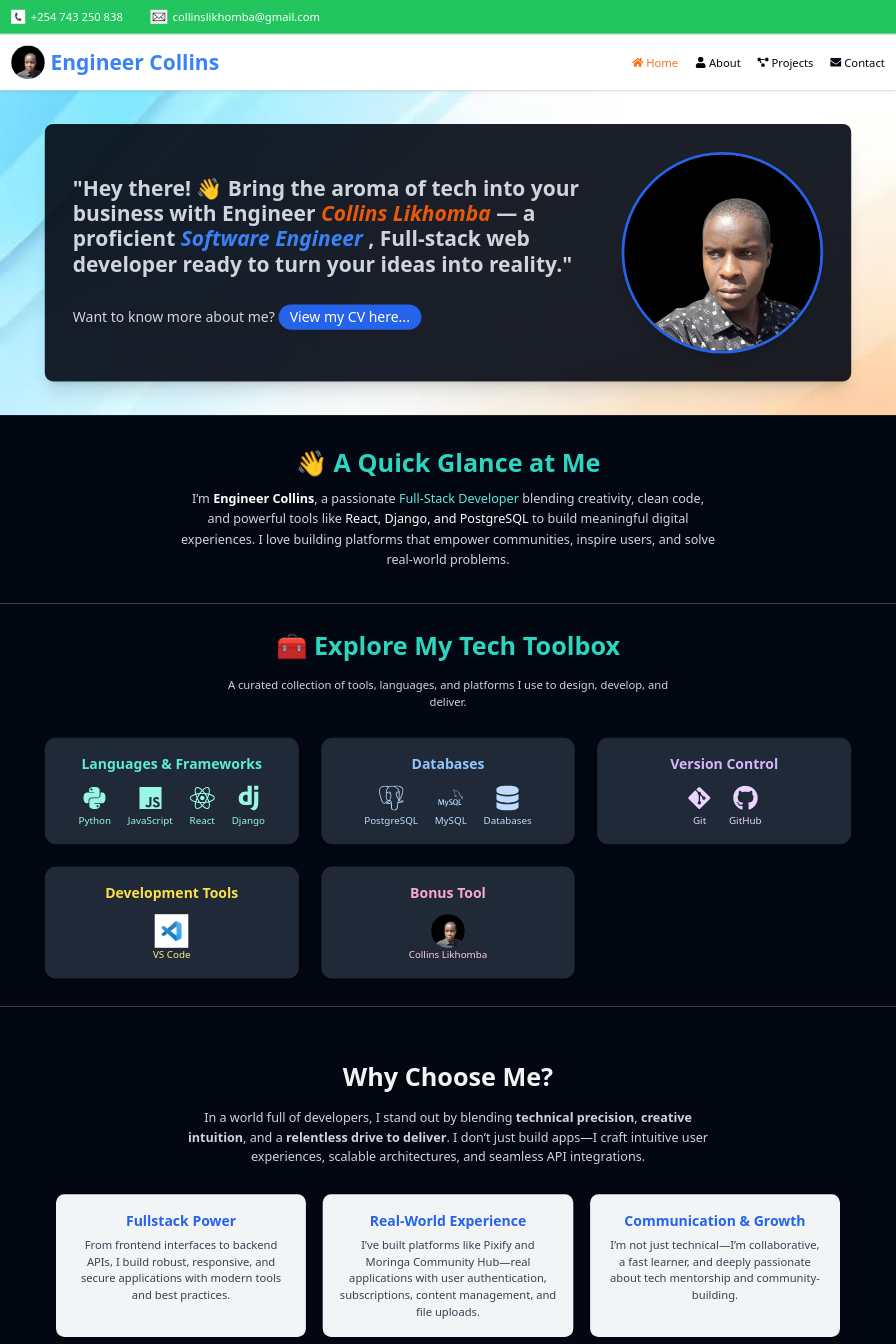
Repository: Engineer-collo/Portfolio
Page: /
The author's editor kept a copy of each file at every save. The page is drawn from the files as they stood at one save, then again after a run of saves.
The browser window is 1280 px wide. The pictures show the part of the page from y = 0 to 1920 px (the page is 2586 px tall), at 70% of full size.
The project was rebuilt for these pictures with package versions that can differ from the ones it lists, and the page was loaded fresh each time. Also part of the build but not shown: vite.config.js, src/pages/About.jsx, src/pages/Projects.jsx, src/pages/Contact.jsx, src/pages/Blog.jsx, src/pages/Skills.jsx.

Above is the page before, as saved 2025-06-10 20:07:56.

### index.html
<!DOCTYPE html>
<html lang="en">
<head>
  <meta charset="UTF-8">
  <meta name="viewport" content="width=device-width, initial-scale=1.0">
  <title>Portfolio</title>
</head>
<body class="bg-gray-100">
  <div id="root"></div>
  <script type="module" src="/src/main.jsx"></script>
</body>
</html>

### src/main.jsx
import React from 'react'
import ReactDOM from 'react-dom/client'
import './index.css'
import App from './App'

ReactDOM.createRoot(document.getElementById('root')).render(
  <React.StrictMode>
    <App />
  </React.StrictMode>,
)

### src/App.jsx
import { BrowserRouter as Router, Route, Routes } from "react-router-dom";
import HomePage from "./pages/HomePage";
import About from "./pages/About";
import Project from "./pages/Projects";
import Contact from "./pages/Contact";
import Blog from "./pages/Blog";
import Skills from "./pages/Skills";

function App() {
  return (
    <Router>

      <Routes>
        <Route path="/" element={<HomePage />} />
        <Route path="/about" element={<About />} />
        <Route path="/projects" element={<Project />} />
        <Route path="/contact" element={<Contact />} />
        <Route path="/skills" element={<Skills />} />
        <Route path="/blog" element={<Blog />} />


      </Routes>
    </Router>
  );
}

export default App;

### src/pages/HomePage.jsx
import React from 'react';
import Navbar from '../components/Navbar';
import Footer from './Footer';
import TechStackToolbox from './TechStackToolbox';
import Testimonials from './Testimonials';
import AboutMeSummary from './AboutMeSummary';

const HomePage = () => {
  return (
    <div className="text-gray-800 font-sans min-h-screen flex flex-col">
      {/* Navbar */}
      <header className="bg-gray-900 text-white shadow">
        <Navbar />
      </header>

      {/* Hero Section */}
      <section
        className="pt-12 pb-12 flex-grow flex justify-center items-center px-4
                   bg-[url('/bg.png')] bg-cover bg-center bg-no-repeat"
      >
        <div className="flex flex-col md:flex-row items-center
                        text-center md:text-left gap-10
                        bg-gray-950 bg-opacity-90 p-6 md:p-10 rounded-xl shadow-xl
                        max-w-6xl w-full">
          {/* Text Side */}
          <div className="flex-1">
            <h1 className="text-gray-300 font-bold text-3xl">
              "Hey there! 👋 Bring the aroma of tech into your business with Engineer{" "}
              <span>
                <i className="text-orange-600"><strong>Collins Likhomba</strong></i>
              </span>{" "}
              — a proficient               <span>
                <i className="text-blue-500"><strong>Software Engineer</strong></i>
              </span>{" "}
 , Full-stack web developer ready to turn your ideas into reality."
            </h1>
            <p className="text-xl pt-6 text-gray-300">
              Want to know more about me?&nbsp;
              <a
                href="https://my-cv-henna-beta.vercel.app/"
                className="mt-4 inline-block bg-blue-600 text-white px-4 py-1 rounded-full hover:bg-blue-700 transition"
                target="_blank"
                rel="noopener noreferrer"
              >
                View my CV here...
              </a>
            </p>
          </div>

          {/* Image Side */}
          <div className="flex-shrink-0 w-52 h-52 sm:w-72 sm:h-72 rounded-full border-4 border-blue-600 shadow-lg overflow-hidden">
            <img
              src="/picture.png"
              alt="Profile"
              className="w-full h-full object-cover"
            />
          </div>
        </div>
      </section>

      <AboutMeSummary />
      <TechStackToolbox />

      {/* Why Choose Me Section */}
      <section className="bg-gray-950 py-20 px-6 md:px-20 text-center">
        <h2 className="text-4xl font-bold text-gray-100 mb-6">Why Choose Me?</h2>
        <p className="max-w-3xl mx-auto text-gray-300 text-lg mb-10">
          In a world full of developers, I stand out by blending{" "}
          <strong>technical precision</strong>, <strong>creative intuition</strong>, and a{" "}
          <strong>relentless drive to deliver</strong>. I don’t just build apps—I craft{" "}
          intuitive user experiences, scalable architectures, and seamless API integrations.
        </p>
        <div className="grid md:grid-cols-3 gap-6 max-w-6xl mx-auto">
          <div className="bg-gray-100 p-6 rounded-xl shadow hover:shadow-lg transition">
            <h3 className="text-xl font-semibold mb-2 text-blue-600">Fullstack Power</h3>
            <p className="text-gray-700">
              From frontend interfaces to backend APIs, I build robust, responsive, and secure applications
              with modern tools and best practices.
            </p>
          </div>
          <div className="bg-gray-100 p-6 rounded-xl shadow hover:shadow-lg transition">
            <h3 className="text-xl font-semibold mb-2 text-blue-600">Real-World Experience</h3>
            <p className="text-gray-700">
              I’ve built platforms like Pixify and Moringa Community Hub—real applications with user authentication,
              subscriptions, content management, and file uploads.
            </p>
          </div>
          <div className="bg-gray-100 p-6 rounded-xl shadow hover:shadow-lg transition">
            <h3 className="text-xl font-semibold mb-2 text-blue-600">Communication & Growth</h3>
            <p className="text-gray-700">
              I’m not just technical—I’m collaborative, a fast learner, and deeply passionate about tech mentorship
              and community-building.
            </p>
          </div>
        </div>
      </section>

      <Testimonials />

      {/* Footer */}
      <footer className="bg-gray-900 text-white text-center py-6 mt-auto">
        <Footer />
      </footer>
    </div>
  );
};

export default HomePage;

### src/components/Navbar.jsx
import React, { useState, useEffect } from 'react';
import { Link } from 'react-router-dom';
import { FaBars, FaTimes, FaUser, FaProjectDiagram, FaEnvelope, FaHome } from 'react-icons/fa';

const Navbar = () => {
  const [isOpen, setIsOpen] = useState(false);
  const toggleMenu = () => setIsOpen(!isOpen);

  useEffect(() => {
    document.body.style.overflow = isOpen ? 'hidden' : 'auto';
  }, [isOpen]);

  return (
    <header className="bg-white shadow-md relative z-50">
      {/* Top Contact Info */}
      <div className="bg-green-500 text-sm md:text-base py-3 px-4 flex flex-wrap items-center gap-4 md:gap-10 border-b border-gray-200">
        <div className="flex items-center gap-2">
          <img
            className="h-5 transition-transform duration-300 transform hover:scale-110"
            src="/call.png"
            alt="Call Icon"
          />
          <a
            target="_blank"
            rel="noopener noreferrer"
            href="tel:+254743250838"
            className="text-white hover:underline"
          >
            +254 743 250 838
          </a>
        </div>
        <div className="flex items-center gap-2">
          <img
            className="h-5 transition-transform duration-300 transform hover:scale-110"
            src="/email.png"
            alt="Email Icon"
          />
          <a
            target="_blank"
            rel="noopener noreferrer"
            href="mailto:collinslikhomba@gmail.com"
            className="text-white hover:underline"
          >
            collinslikhomba@gmail.com
          </a>
        </div>
      </div>

      {/* Main Navigation */}
      <div className="max-w-7xl mx-auto px-4 py-4 flex justify-between items-center">
        {/* Logo and Name */}
        <div className="flex items-center space-x-2">
          <img
            className="h-12 w-12 rounded-full object-cover transition-transform duration-300 transform hover:scale-110"
            src="picture.png"
            alt="Profile"
            loading="lazy"
          />
          <h1 className="text-2xl md:text-3xl font-bold text-gray-950">
            <Link to="/" className="hover:text-blue-500 transition">
              <span className="text-blue-500">Engineer Collins</span>
            </Link>
          </h1>
        </div>

        {/* Desktop nav */}
        <nav className="space-x-6 hidden md:flex text-gray-950 font-medium">
          <Link to="/" className="flex items-center gap-1 hover:text-blue-500 transition text-orange-500"><FaHome /> Home</Link>
          <Link to="/about" className="flex items-center gap-1 hover:text-blue-500 transition"><FaUser /> About</Link>
          <Link to="/projects" className="flex items-center gap-1 hover:text-blue-500 transition"><FaProjectDiagram /> Projects</Link>
          <Link to="/contact" className="flex items-center gap-1 hover:text-blue-500 transition"><FaEnvelope /> Contact</Link>
        </nav>

        {/* Mobile menu toggle */}
        <div className="md:hidden">
          <button onClick={toggleMenu} aria-label="Toggle menu" className="text-gray-950 focus:outline-none">
            {isOpen ? <FaTimes className="h-6 w-6" /> : <FaBars className="h-6 w-6" />}
          </button>
        </div>
      </div>

      {/* Mobile nav links */}
      {isOpen && (
        <div className="fixed top-0 left-0 h-screen w-3/4 bg-gray-950 z-50 shadow-lg px-6 py-8 md:hidden transition-all">
          <button onClick={toggleMenu} aria-label="Close menu" className="absolute top-4 right-4 text-white">
            <FaTimes className="h-6 w-6" />
          </button>
          <nav className="space-y-6 mt-10 text-white text-lg">
            <Link to="/" onClick={toggleMenu} className="flex items-center gap-2 hover:text-blue-500"><FaHome /> Home</Link>
            <Link to="/about" onClick={toggleMenu} className="flex items-center gap-2 hover:text-blue-500"><FaUser /> About</Link>
            <Link to="/projects" onClick={toggleMenu} className="flex items-center gap-2 hover:text-blue-500"><FaProjectDiagram /> Projects</Link>
            <Link to="/contact" onClick={toggleMenu} className="flex items-center gap-2 hover:text-blue-500"><FaEnvelope /> Contact</Link>
          </nav>
        </div>
      )}
    </header>
  );
};

export default Navbar;

### src/pages/Footer.jsx
import React from 'react';
import { FaGithub, FaLinkedin, FaTwitter, FaEnvelope } from 'react-icons/fa';

const Footer = () => {
  return (
    <footer className="bg-gray-900 text-gray-300 py-10">
      <div className="max-w-6xl mx-auto px-6 flex flex-col md:flex-row justify-between items-center space-y-6 md:space-y-0">

        {/* Logo or Name */}
        <div className="text-gray text-2xl font-bold tracking-wide">
          <strong><i>CollinsLikhomba</i></strong>
        </div>


        {/* Social Icons */}
        <div className="flex space-x-6 text-gray-400">
          <a
            href="https://github.com/Engineer-collo?tab=repositories"
            target="_blank"
            rel="noopener noreferrer"
            aria-label="GitHub"
            className="hover:text-white transition"
          >
            <FaGithub size={24} />
          </a>
          <a
            href="https://www.linkedin.com/in/collins-likhomba-7b364730a/"
            target="_blank"
            rel="noopener noreferrer"
            aria-label="LinkedIn"
            className="hover:text-blue-600 transition"
          >
            <FaLinkedin size={24} />
          </a>
          <a
            href="https://x.com/CollinsLikhomba"
            target="_blank"
            rel="noopener noreferrer"
            aria-label="Twitter"
            className="hover:text-blue-400 transition"
          >
            <FaTwitter size={24} />
          </a>
          <a
            href="mailto:collinslikhomba@gmail.com"
            aria-label="Email"
            className="hover:text-red-500 transition"
            target='_blank'
          >
            <FaEnvelope size={24} />
          </a>
        </div>
      </div>

      {/* Bottom copyright */}
      <div className="text-center text-gray-600 text-sm mt-8">
        &copy; {new Date().getFullYear()} Collins Likhomba. All rights reserved.
      </div>
    </footer>
  );
};

export default Footer;

### src/pages/TechStackToolbox.jsx
import {
    FaPython,
    FaJs,
    FaReact,
    FaGitAlt,
    FaGithub,
    FaDatabase,
  } from "react-icons/fa";
  import {
    SiDjango,
    SiPostgresql,
    SiMysql,

  } from "react-icons/si";

  export default function TechStackToolbox() {
    return (
      <div className="bg-gray-950 text-white py-10 px-6 md:px-16">
        <h2 className="text-3xl md:text-4xl font-bold mb-6 text-center text-teal-400">
          🧰 Explore My Tech Toolbox
        </h2>
        <p className="text-center mb-10 text-gray-300 max-w-2xl mx-auto">
          A curated collection of tools, languages, and platforms I use to design,
          develop, and deliver.
        </p>

        <div className="grid grid-cols-1 md:grid-cols-2 lg:grid-cols-3 gap-8 text-center">

          {/* Languages & Frameworks */}
          <div className="bg-gray-800 rounded-2xl p-6 shadow-lg hover:shadow-teal-500/30 transition">
            <h3 className="text-xl font-semibold mb-4 text-teal-300">
              Languages & Frameworks
            </h3>
            <div className="flex justify-center gap-6 text-teal-200">
              <div className="flex flex-col items-center text-sm">
                <FaPython className="text-4xl mb-1" />
                <span>Python</span>
              </div>
              <div className="flex flex-col items-center text-sm">
                <FaJs className="text-4xl mb-1" />
                <span>JavaScript</span>
              </div>
              <div className="flex flex-col items-center text-sm">
                <FaReact className="text-4xl mb-1" />
                <span>React</span>
              </div>
              <div className="flex flex-col items-center text-sm">
                <SiDjango className="text-4xl mb-1" />
                <span>Django</span>
              </div>
            </div>
          </div>

          {/* Databases */}
          <div className="bg-gray-800 rounded-2xl p-6 shadow-lg hover:shadow-blue-500/30 transition">
            <h3 className="text-xl font-semibold mb-4 text-blue-300">Databases</h3>
            <div className="flex justify-center gap-6 text-blue-200">
              <div className="flex flex-col items-center text-sm">
                <SiPostgresql className="text-4xl mb-1" />
                <span>PostgreSQL</span>
              </div>
              <div className="flex flex-col items-center text-sm">
                <SiMysql className="text-4xl mb-1" />
                <span>MySQL</span>
              </div>
              <div className="flex flex-col items-center text-sm">
                <FaDatabase className="text-4xl mb-1" />
                <span>Databases</span>
              </div>
            </div>
          </div>

          {/* Version Control */}
          <div className="bg-gray-800 rounded-2xl p-6 shadow-lg hover:shadow-purple-500/30 transition">
            <h3 className="text-xl font-semibold mb-4 text-purple-300">
              Version Control
            </h3>
            <div className="flex justify-center gap-6 text-purple-200">
              <div className="flex flex-col items-center text-sm">
                <FaGitAlt className="text-4xl mb-1" />
                <span>Git</span>
              </div>
              <div className="flex flex-col items-center text-sm">
                <FaGithub className="text-4xl mb-1" />
                <span>GitHub</span>
              </div>
            </div>
          </div>

          {/* Development Tools */}
          <div className="bg-gray-800 rounded-2xl p-6 shadow-lg hover:shadow-yellow-500/30 transition">
            <h3 className="text-xl font-semibold mb-4 text-yellow-300">
              Development Tools
            </h3>
            <div className="flex justify-center gap-6 text-yellow-200">
              <div className="flex flex-col items-center text-sm">
                <img className="h-12" src="/vscode.png" alt="Vscode icon" />
                <span>VS Code</span>
              </div>
            </div>
          </div>

          {/* Bonus Tool */}
          <div className="bg-gray-800 rounded-2xl p-6 shadow-lg hover:shadow-pink-500/30 transition">
            <h3 className="text-xl font-semibold mb-4 text-pink-300">Bonus Tool</h3>
            <div className="flex justify-center gap-6 text-pink-200">
              <div className="flex flex-col items-center text-sm">
                <img
                  className="h-12 w-12 rounded-full object-cover"
                  src="picture.png"
                  alt="Profile"
                />
                <span>Collins Likhomba</span>
              </div>
            </div>
          </div>

        </div>
      </div>
    );
  }

### src/pages/Testimonials.jsx
export default function Testimonials() {
    const testimonials = [
      {
        name: "Christine M.",
        content: "Working with Collins was a game-changer! His expertise in React and backend integration is unmatched.",
        profile_pic: "https://randomuser.me/api/portraits/women/68.jpg",
      },
      {
        name: "Lesile K.",
        content: "Collins is a team player and a tech visionary. He delivered our project ahead of schedule with superb quality.",
        profile_pic: "https://randomuser.me/api/portraits/men/45.jpg",
      },
      {
        name: "Joy A.",
        content: "He doesn't just write code—he solves real problems. A true full-stack craftsman!",
        profile_pic: "https://randomuser.me/api/portraits/women/22.jpg",
      },
    ];

    return (
      <div className="bg-gray-950 text-white py-14 px-6 md:px-20">
        <h2 className="text-3xl md:text-4xl font-bold mb-10 text-center text-teal-400">
          💬 What People Are Saying
        </h2>

        <div className="grid grid-cols-1 md:grid-cols-2 lg:grid-cols-3 gap-8">
          {testimonials.map((testimonial, index) => (
            <div
              key={index}
              className="bg-gray-800 p-6 rounded-2xl shadow-lg hover:shadow-teal-500/30 transition transform hover:-translate-y-1 duration-300"
            >
              <div className="flex items-center gap-4 mb-4">
                <img
                  src={testimonial.profile_pic}
                  alt={testimonial.name}
                  className="w-14 h-14 rounded-full border-2 border-teal-400 object-cover"
                />
                <div>
                  <h4 className="text-lg font-semibold text-teal-300">{testimonial.name}</h4>
                </div>
              </div>
              <p className="text-gray-300 italic">"{testimonial.content}"</p>
            </div>
          ))}
        </div>
      </div>
    );
  }

### src/pages/AboutMeSummary.jsx
import React from 'react';

export default function AboutMeSummary() {
  return (
    <section className="bg-gray-950 text-white py-12 px-6 md:px-20 text-center">
      <div className="max-w-3xl mx-auto">
        <h2 className="text-3xl md:text-4xl font-bold text-teal-400 mb-4">
          👋 A Quick Glance at Me
        </h2>
        <p className="text-gray-300 text-lg leading-relaxed">
          I’m <span className="text-white font-semibold">Engineer Collins</span>, a passionate
          <span className="text-teal-300 font-medium"> Full-Stack Developer</span> blending creativity,
          clean code, and powerful tools like
          <span className="text-white font-medium"> React, Django, and PostgreSQL</span> to build
          meaningful digital experiences. I love building platforms that empower communities, inspire users,
          and solve real-world problems.
        </p>
      </div>
    </section>
  );
}

Loaded but not shown: src/index.css (common file); tailwind.config.js (common file)

After the next 2 saves:
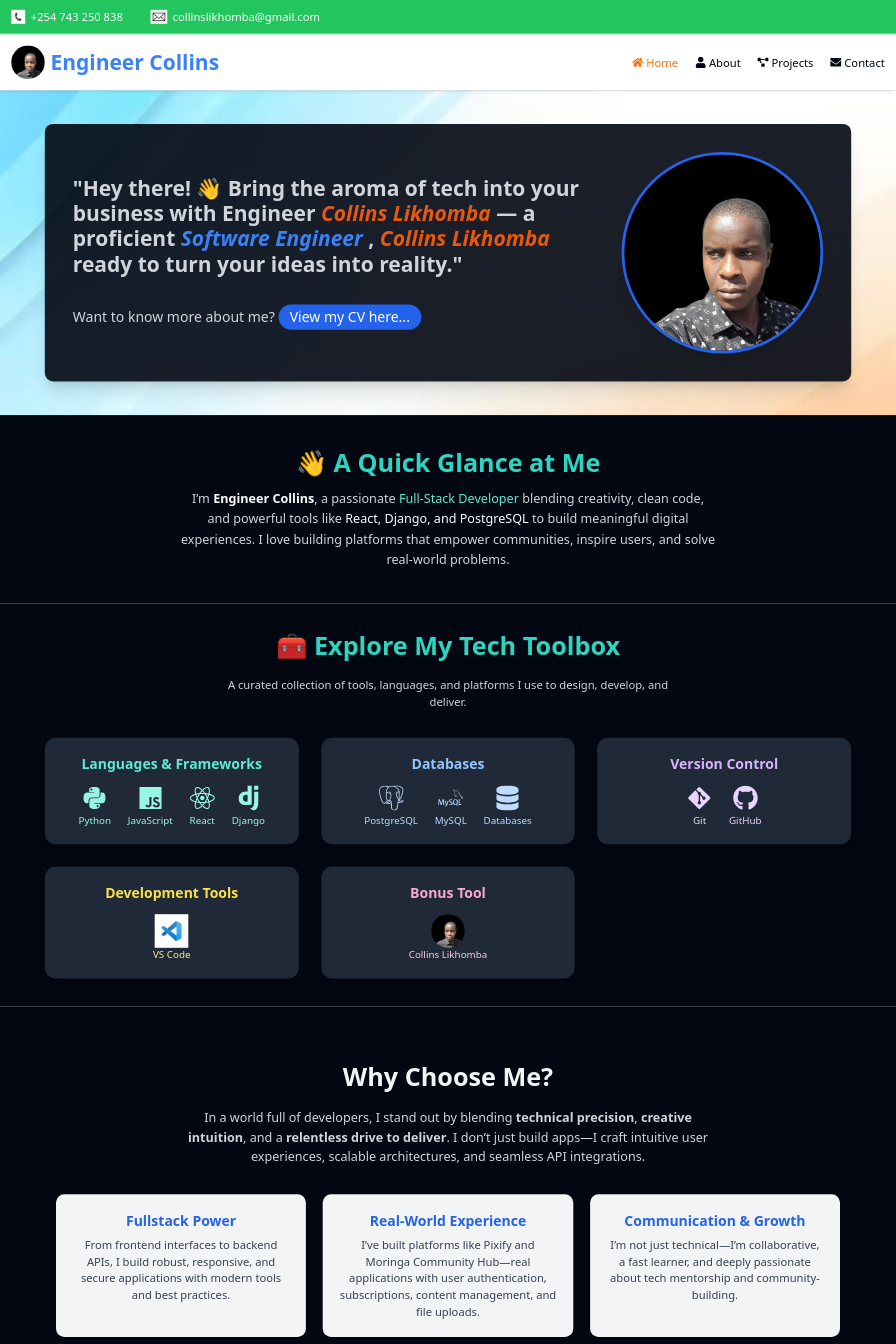
The 2 saves are shown as one change because they came seconds apart.
The last was saved 33 s later.
--- a/src/pages/HomePage.jsx
+++ b/src/pages/HomePage.jsx
@@ -32,7 +32,10 @@ const HomePage = () => {
               — a proficient               <span>
                 <i className="text-blue-500"><strong>Software Engineer</strong></i>
               </span>{" "}
- , Full-stack web developer ready to turn your ideas into reality."
+ ,               <span>
+                <i className="text-orange-600"><strong>Collins Likhomba</strong></i>
+              </span>{" "}
+ ready to turn your ideas into reality."
             </h1>
             <p className="text-xl pt-6 text-gray-300">
               Want to know more about me?&nbsp;
